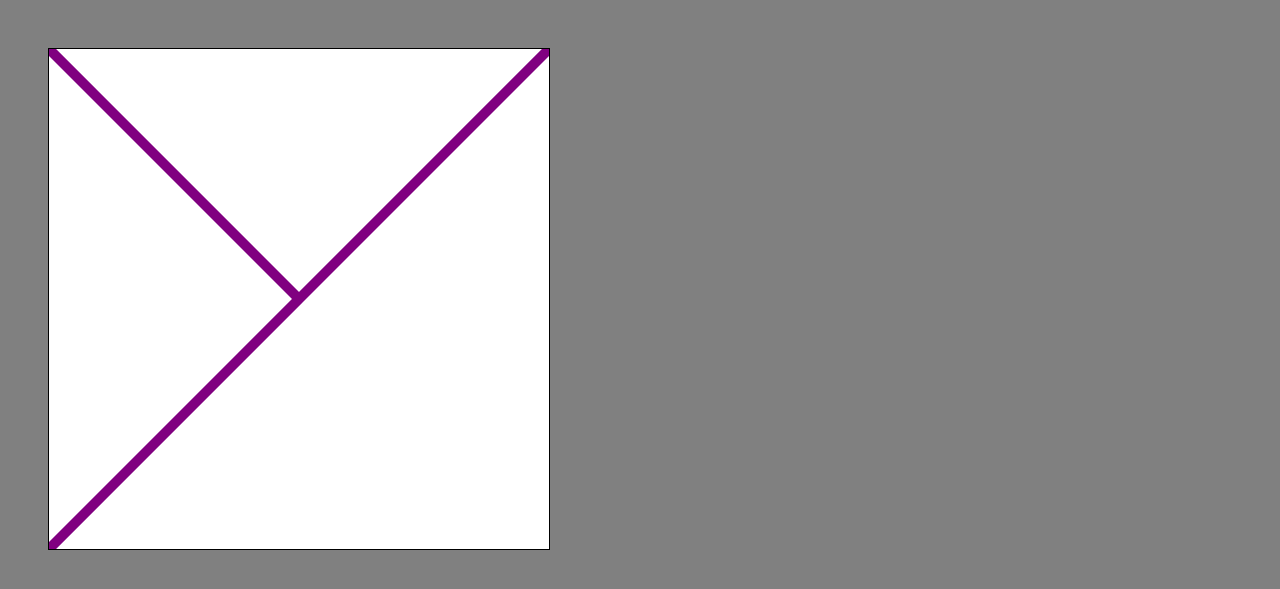
Repository: albinsabu2023/Stopwatch-program
Page: index.html
These files come from the project's save history. The page is drawn as it stood at one moment and after the next save; the edit follows.
The browser window is 1280 px wide. The pictures show the whole page.

Above is the page before, as saved 2023-03-03 22:03:31.

### index.html
<!DOCTYPE html>

<head>
    <meta charset="UTF-8">
    <meta http-equiv="X-UA-Compatible" content="IE=edge">
    <meta name="viewport" content="width=device-width, initial-scale=1.0">
    <link rel="stylesheet" href="style.css">
    <title>Document</title>
</head>

   <canvas id ="canvas" width="500" height="500"></canvas>
    <script src="index.js"></script>
</body>
</html>

### style.css
body{
color:white;
background-color: gray;
}

#canvas{
    border:1px solid black;
    background-color: white;
    margin: 40px;

}

### index.js
//canvas api

let can = document.getElementById("canvas");
let context = can.getContext("2d");
context.lineWidth = 10;
context.strokeStyle = "purple";
context.beginPath();
context.moveTo(0, 0);
context.lineTo(250, 250);
context.lineTo(500, 0);
context.moveTo(0, 500);
context.lineTo(250, 250);

context.stroke();

After the next save:
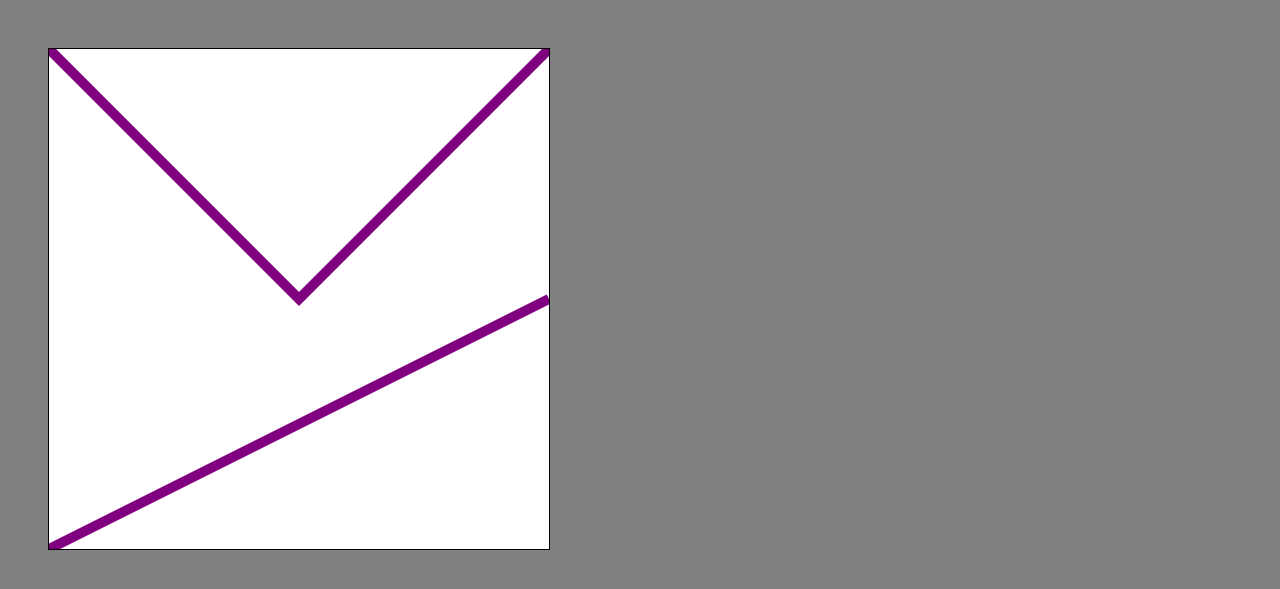
Saved 38 s later.
--- a/index.js
+++ b/index.js
@@ -9,6 +9,6 @@ context.moveTo(0, 0);
 context.lineTo(250, 250);
 context.lineTo(500, 0);
 context.moveTo(0, 500);
-context.lineTo(250, 250);
+context.lineTo(500, 250);
 
 context.stroke();
